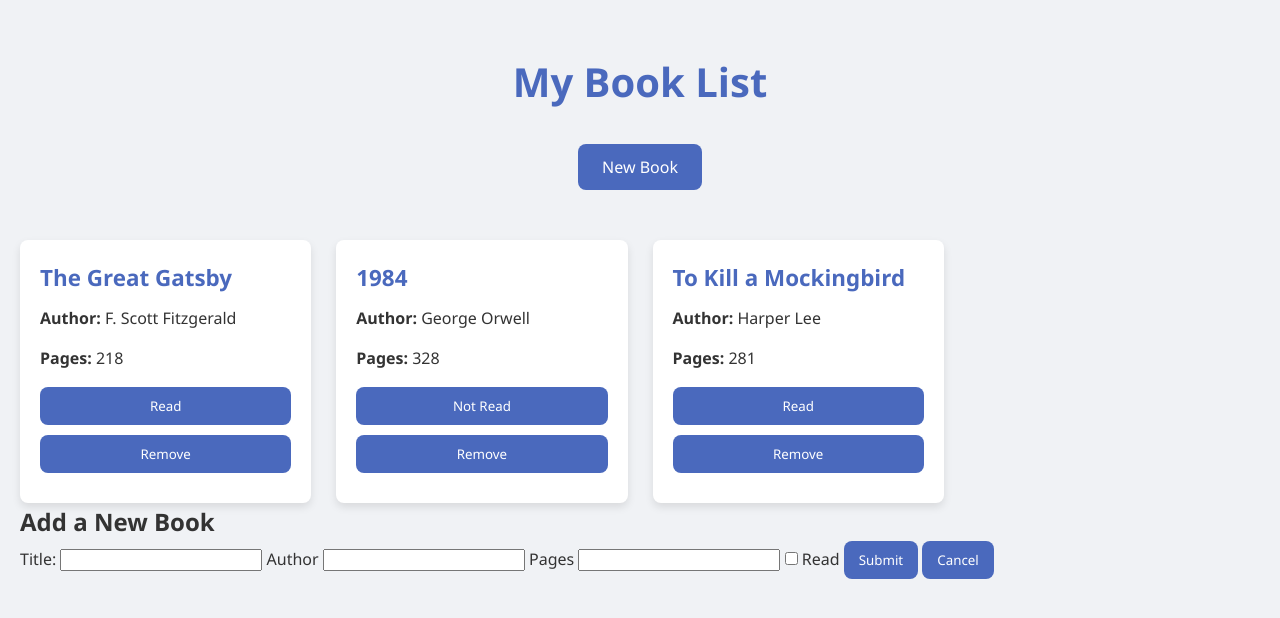
Repository: gkintu/odin-book-library
Page: index.html
An editor plug-in stored every save of this project. The page is shown before and after the next save, followed by the edit.
The browser window is 1280 px wide. The pictures show the whole page.

Above is the page before, as saved 2025-03-11 14:30:07.

### index.html
<!DOCTYPE html>
<html lang="en">
<head>
    <meta charset="UTF-8">
    <meta name="viewport" content="width=device-width, initial-scale=1.0">
    <link rel="stylesheet" href="style.css">
    <title>Book Library App</title>
</head>
<body>
    <h1>My Book List</h1>
    <button id="new-book-btn" class="btn">New Book</button>

    <!-- Display container for books -->
    <div id="library"></div>

    <!-- Modal form for user to add a new book-->
     <div id="modal-book-container">
        <form id="book-form">
            <h2>Add a New Book</h2>
            <label for="title">Title:</label>
            <input type="text" id="title" name="title" required>

            <label for="author">Author</label>
            <input type="text" id="author" name="author" required>

            <label for="pages">Pages</label>
            <input type="number" id="pages" name="pages" required>

            <label>
                <input type="checkbox" id="read" name="read" />
                Read
              </label>

            <button type="submit" class="btn">Submit</button>
            <button type="button" id="cancel-btn" class="btn">Cancel</button>
        </form>
     </div>

     <script src="script.js"></script>
</body>

</html>

### style.css
:root {
    --primary-color: #4a69bd;
    --secondary-color: #3d5a8c;
    --text-color: #333;
    --light-color: #f5f6fa;
    --shadow: 0 4px 8px rgba(0, 0, 0, 0.1);

    --border-radius: 8px;
    --transition: all 0.2s ease;
}

* {
    margin: 0;
    padding: 0;
    box-sizing: border-box;
    font-family: 'Segoe UI', Tahoma, Geneva, Verdana, sans-serif;
}

body {
    background-color: #f0f2f5;
    color: var(--text-color);
    line-height: 1.6;
    padding: 20px;
    margin: 0 auto;
}

h1 {
    text-align: center;
    margin: 30px 0;
    color: var(--primary-color);
    font-size: 2.5rem;
}

.btn {
    background-color: var(--primary-color);
    color: #fff;
    border:none;
    padding: 10px 15px;
    border-radius: var(--border-radius);
    cursor: pointer;
    transition: var(--transition);
}

.btn:hover {
    background-color: var(--secondary-color);
    transform: translateY(-1px);
}

#new-book-btn {
    display: block;
    margin: 0 auto 50px;
    font-size: 1rem;
    padding: 12px 24px;
}

#library {
    display:grid;
    grid-template-columns: repeat(auto-fill, minmax(250px, 1fr));
    gap: 25px;
}

.book-card {
    background-color: #fff;
    border-radius: var(--border-radius);
    padding: 20px;
    box-shadow: var(--shadow);
    display: flex;
    flex-direction: column;
    transition: var(--transition);
}

.book-card:hover {

  transform: translateY(-0.5px);
    box-shadow: 0 8px 16px rgba(0, 0, 0, 0.15);
}

.book-card h3 {
    color: var(--primary-color);
    margin-bottom: 10px;
    font-size: 1.4rem;
}

.book-card p {
    margin-bottom: 15px;
}

.book-card .btn {
    margin-bottom: 10px;
}

.remove-btn {

}

### script.js
// storing all the added books
const myLibrary = [];

// Object Constructor for the books

function Book(title, author, pages, read) {
  this.id = crypto.randomUUID();
  this.title = title;
  this.author = author;
  this.pages = pages;
  this.read = read;
}

// update myLibrary array and display the library cards
function addBookToLibrary(title, author, pages, read) {
  const book = new Book(title, author, pages, read);
  myLibrary.push(book);
  displayBook();
}

//function to display the books for the user

function displayBook() {
  const libraryDiv = document.getElementById("library");
  libraryDiv.innerHTML = ""; //Clear container for each update

  myLibrary.forEach((book) => {
    const card = document.createElement("div");
    card.classList.add("book-card");
    card.dataset.id = book.id;

    card.innerHTML = `
    <h3>${book.title}</h3>
    <p><strong>Author:</strong> ${book.author}</p>
    <p><strong>Pages:</strong> ${book.pages}</p>
        <button class="btn toggle-btn" data-id="${book.id}"> ${
      book.read ? "Read" : "Not Read"
    }</button>
    <button class="btn remove-btn" data-id="${book.id}">Remove</button>

   `;

    libraryDiv.appendChild(card);
  });
}

//Function to remove book from myLibrary Array based on its book.id
function removeBook(id) {
  const index = myLibrary.findIndex((book) => book.id === id);
  if (index !== -1) {
    myLibrary.splice(index, 1);
  }
}

//Function to toggle Read button from Read to Not Read
function toggleReadStatus(id) {
  const book = myLibrary.find((book) => book.id === id);
  if (book) {
    book.read = !book.read;
    displayBook();
  }
}

// --- Event Listeners ---

// Activate form modal when new book button is clicked
document.getElementById("new-book-btn").addEventListener("click", () => {
  document.getElementById("modal-book-container").style.display = "flex";
});

// Get form submission from user
document.getElementById("book-form").addEventListener("submit", (event) => {
  event.preventDefault();
  const title = document.getElementById("title").value;
  const author = document.getElementById("author").value;
  const pages = document.getElementById("pages").value;
  const read = document.getElementById("read").checked;

  addBookToLibrary(title, author, pages, read);

  //After book card is added, hide and reset the modal
  event.target.reset();
  document.getElementById("modal-book-container").style.display = "none";
});

// Cancel button to hide the modal
document.getElementById("cancel-btn").addEventListener("click", () => {
  document.getElementById("modal-book-container").style.display = "none";
});

//update book card based on remove or toggle button
document.getElementById("library").addEventListener("click", (event) => {
  const id = event.target.dataset.id;

  if (event.target.classList.contains("toggle-btn")) {
    toggleReadStatus(id)
  } else if (event.target.classList.contains("remove-btn")) {
    removeBook(id);
    displayBook();
  }
});

addBookToLibrary('The Great Gatsby', 'F. Scott Fitzgerald', 218, true);
addBookToLibrary('1984', 'George Orwell', 328, false);
addBookToLibrary('To Kill a Mockingbird', 'Harper Lee', 281, true);

After the next save:
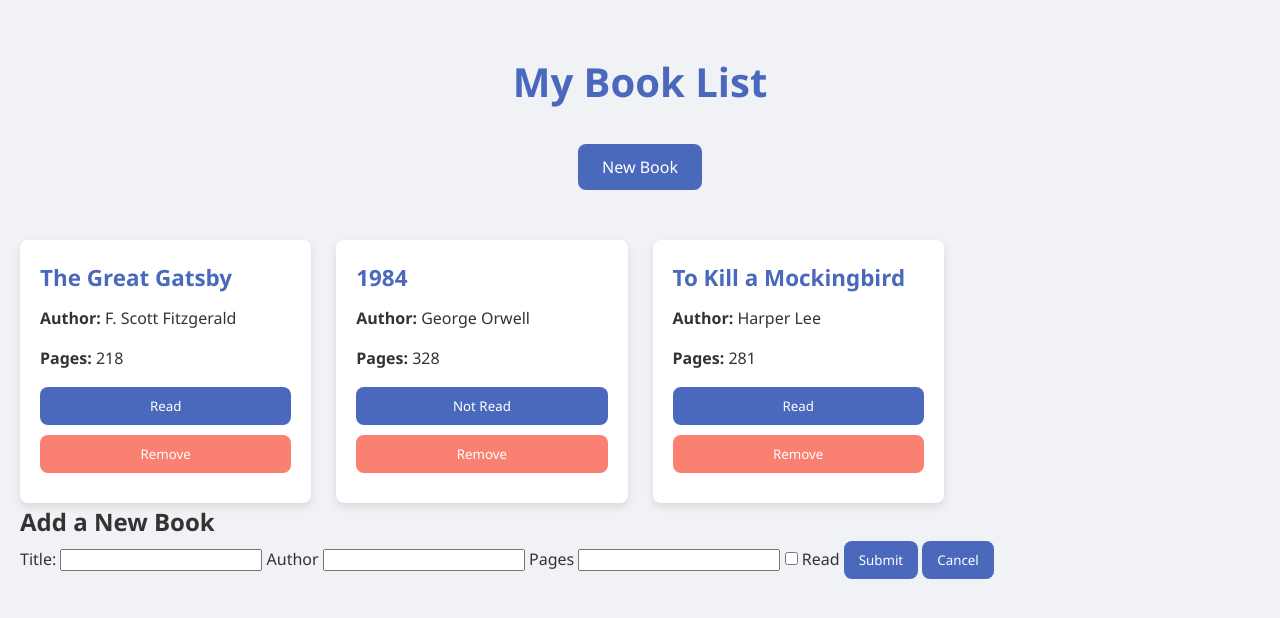
Saved 2 min 28 s later.
--- a/style.css
+++ b/style.css
@@ -90,5 +90,5 @@ h1 {
 }
 
 .remove-btn {
-
+    background-color:  #fa8072
 }
